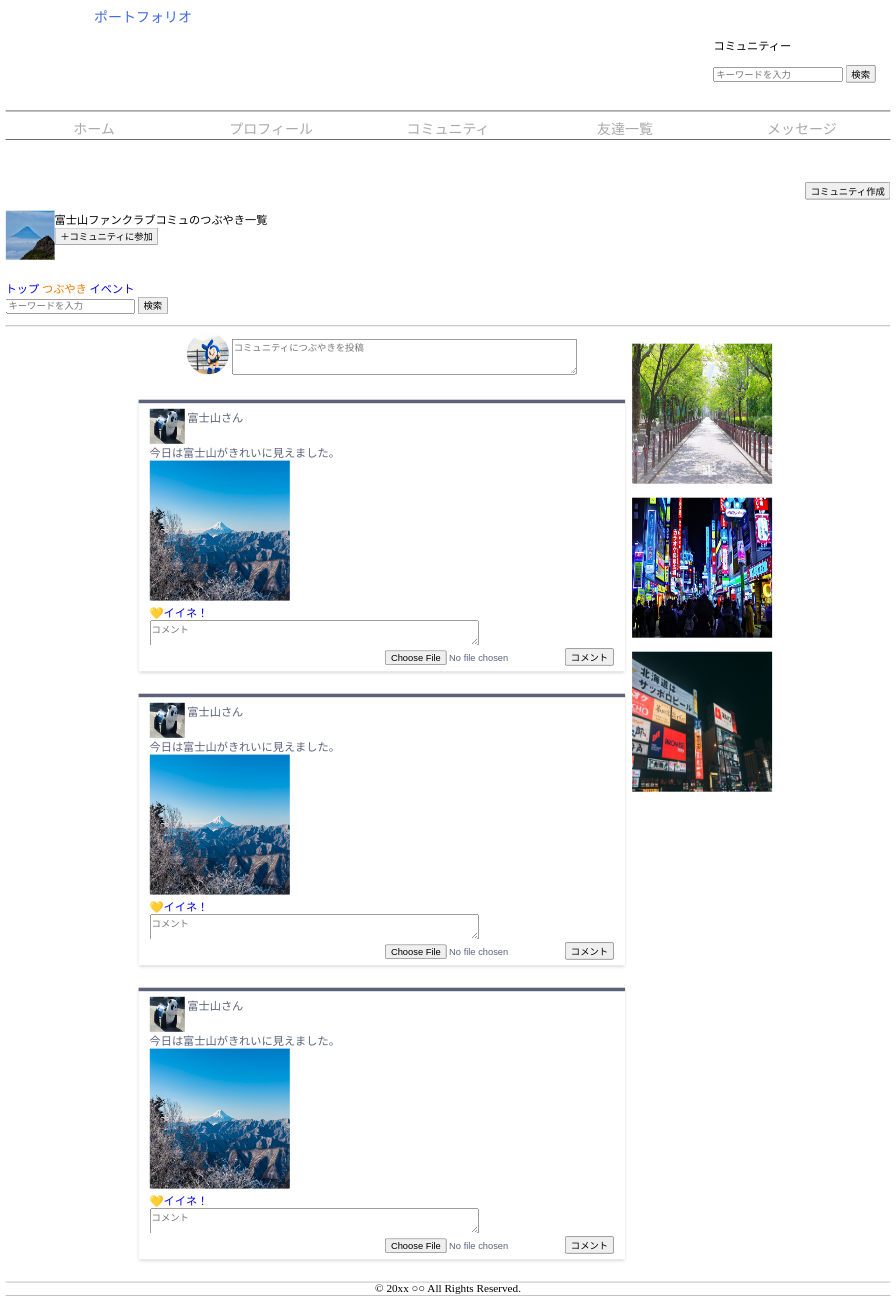
Repository: yuukiabc/samurai_PHP
Page: CMT.html
The author's editor kept a record of every edit. The page is drawn from the files as they stood at one moment, then again after the next edit.
The browser window is 1280 px wide. The pictures show the whole page, at 70% of full size.

Above is the page before.

After the next edit:
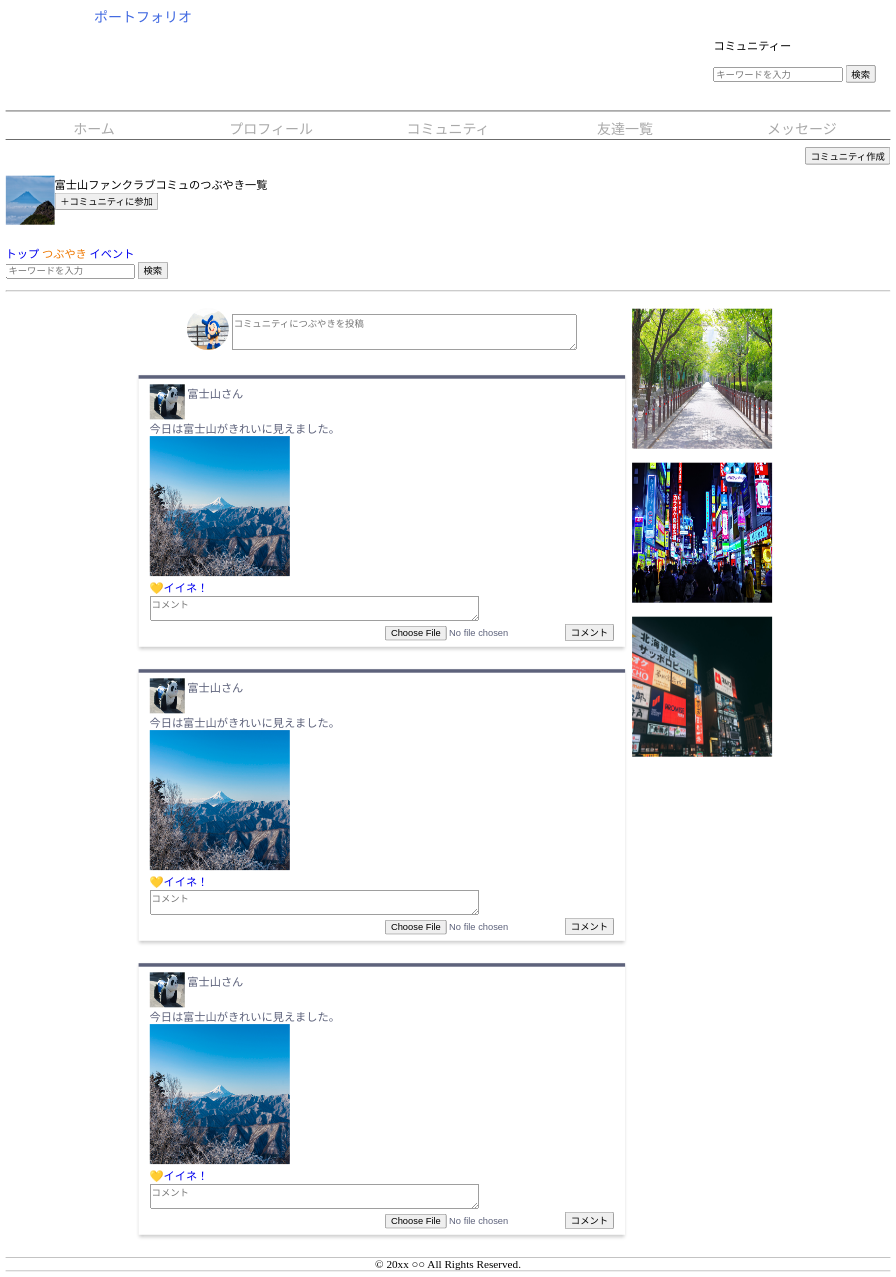
The edit:
--- a/CMT.css
+++ b/CMT.css
@@ -102,7 +102,10 @@
     text-align:center;
 }
 .i{
-    padding-top:60px;
+    padding-top:10px;
+}
+.photo{
+    margin-top:15px;
 }
 .photo img{
     border-radius:50%;
